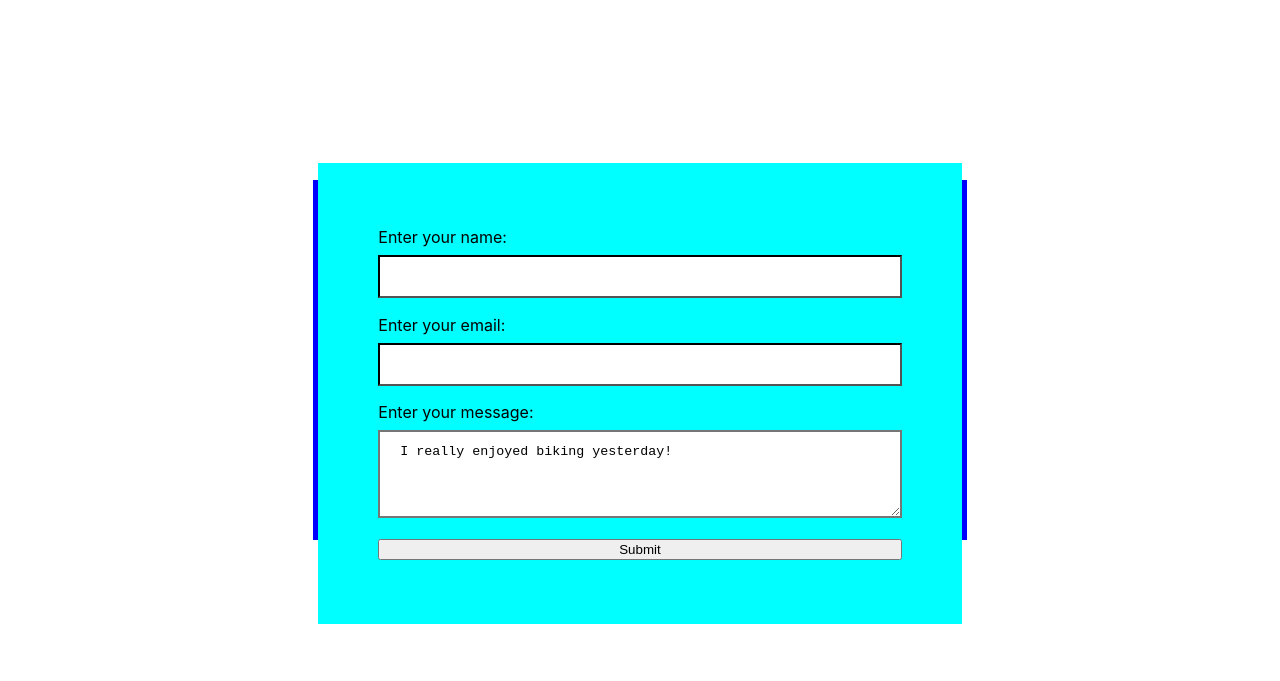
Repository: AddamVictorioDev/ProfileWebsite
Page: /form (app in con/)
The author's editor kept a copy of each file at every save. The page is drawn from the files as they stood at one save, then again after a run of saves.
The browser window is 1280 px wide. The pictures show the whole page.
The project was rebuilt for these pictures with package versions that can differ from the ones it lists, and the page was loaded fresh each time. Also part of the build but not shown: con/src/App.css, con/src/home.css, con/src/home.js, con/src/addam.css, con/src/addam.js, con/src/usescripts.js, con/src/projects.js.

Above is the page before, as saved 2023-03-16 19:08:21.

### con/src/index.css
body {
  margin: 0;
  font-family: -apple-system, BlinkMacSystemFont, 'Segoe UI', 'Roboto', 'Oxygen',
    'Ubuntu', 'Cantarell', 'Fira Sans', 'Droid Sans', 'Helvetica Neue',
    sans-serif;
  -webkit-font-smoothing: antialiased;
  -moz-osx-font-smoothing: grayscale;
  /* background-image: url("/Users/addamvictorio/con/src/waterdropwallpp.jpg"); */
  /* background-color: #ffffff; */

}

code {
  font-family: source-code-pro, Menlo, Monaco, Consolas, 'Courier New',
    monospace;
}

### con/src/App.js
import logo from './logo.svg';
import './App.css';
import HomePage from './home';
import Addam from './addam';

import {
  BrowserRouter,
  Routes,
  Route
} from "react-router-dom";
import Projects from './projects';
import MyForm from './form';

function App() {

  return (

    <BrowserRouter>
      <Routes>


      <Route exact path="/" element={<Addam />}  />
      <Route path="projects" element={<Projects />} />
      <Route path="form" element={<MyForm />} />

      </Routes>


  </BrowserRouter>

  );
}

export default App;

### con/src/form.js
import { useState } from 'react';
import ReactDOM from 'react-dom/client';
import './form.css'

function MyForm() {
  const [inputs, setInputs] = useState({});
  const [textarea, setTextarea] = useState(
    "The content of a textarea goes in the value attribute"
  );

  const handleChange = (event) => {
    const name = event.target.name;
    const value = event.target.value;
    setInputs(values => ({...values, [name]: value}))
  }

  const handleSubmit = (event) => {
    event.preventDefault();
    alert(inputs);
  }

  return (
    <div className="center">
    <form onSubmit={handleSubmit}>
      <label>Enter your name:
      <input
        type="text"
        name="username"
        value={inputs.username || ""}
        onChange={handleChange}
      />
      </label>
      <label>Enter your email:
        <input
          type="text"
          name="age"
          value={inputs.age || ""}
          onChange={handleChange}
        />
        </label>
        <label>Enter your message:
        <textarea
        name="postContent"
        defaultValue="I really enjoyed biking yesterday!"
        rows={4}
        cols={40}
      />
        </label>

        <input type="submit" />
    </form>
    </div>
  )
}

export default MyForm;

### con/src/projects.css
.center{
    display: grid;
    justify-content: center;
    align-items: center;


}
.photo-grid {
    display: flex;
    height: 100%;

    border-radius: 10px;
    border-color: black;

    flex-wrap: wrap;
    justify-content: center;
    align-items: center;
    gap: 10px;
    background-color: blueviolet;
  }

  .photo-item {
    height: 100%;


    position: relative;




    overflow: auto;
  }

  img {
    width: 100%;
    height: 100%;


    object-fit: cover;
  }
  .img-text {
    position: absolute;
    width: 100%;
    bottom: 10px;

    color: white;
    background-color: rgb(199, 6, 6);
    padding: 10px;
  }

### con/src/form.css
body{
    display: flex;
    align-items: center;
    justify-content: center;

    height:100vh;

}
.container{

    align-items:center;
    display: flex;
    justify-content: space-between;
    background-color: aquamarine;

}

.center{
    display: grid;
    place-items: center;
    height: 50vh;
    width: 100%;
    background-color: blue;



}


form{
    display: flex;
    flex-direction: column;
    background-color: aqua;
    width: 80%;
    height: 80%;
    padding: 60px;
    justify-content: space-around;

}

input[type=text] {
    width: 100%;
    padding: 12px 20px;
    margin: 8px 0;
border-color: black;
    box-sizing: border-box;
  }
  textarea{

    width: 100%;
    padding: 12px 20px;
    margin: 8px 0;
    box-sizing: border-box;
    border-width: 2px;
  }

Loaded but not shown: con/public/index.html (common file); con/src/index.js (common file); con/src/reportWebVitals.js (common file)

After the next 2 saves:
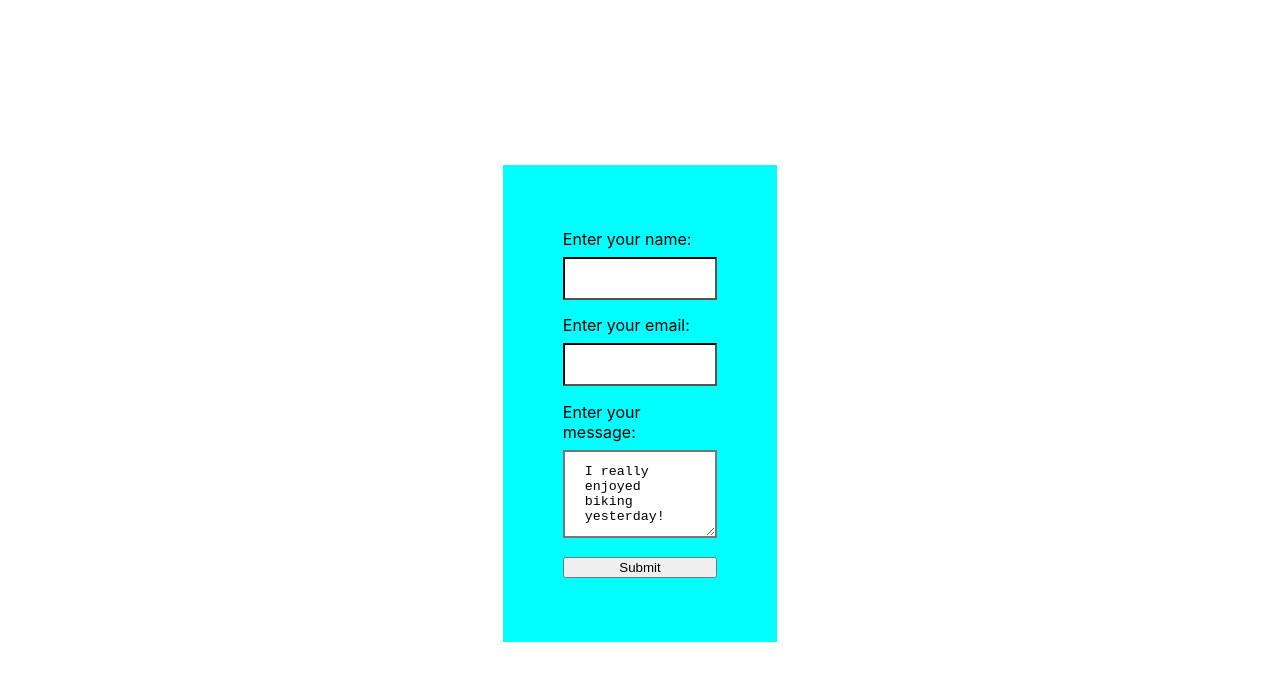
The 2 saves are shown as one change because they came seconds apart.
The last was saved 31 s later.
--- a/con/src/form.css
+++ b/con/src/form.css
@@ -19,7 +19,7 @@ body{
     display: grid;
     place-items: center;
     height: 50vh;
-    width: 100%;
+    width: 10vw;
     background-color: blue;
 
 
